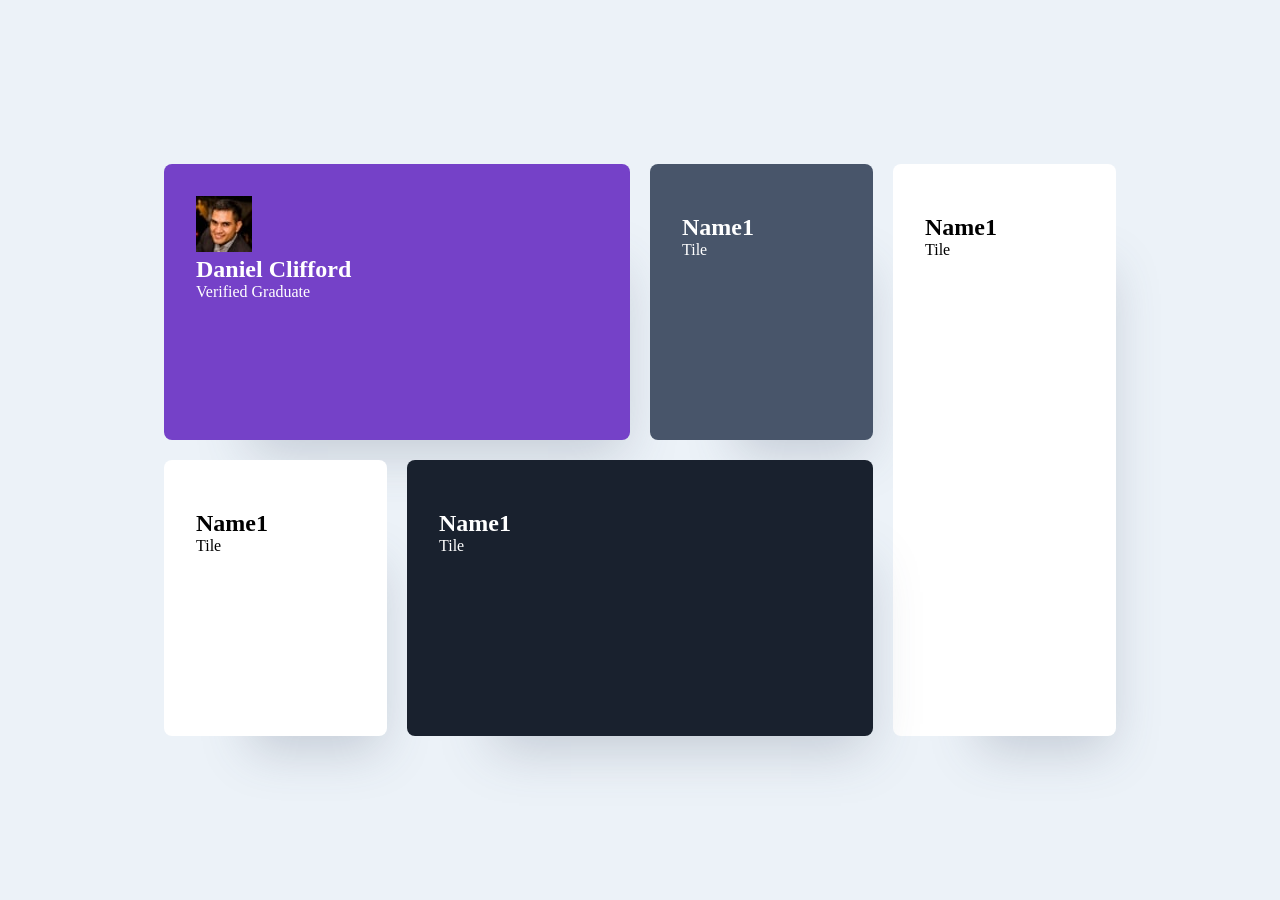
Repository: brandontaylor1/testimonial-card
Page: index.html
These files come from the project's save history. The page is drawn as it stood at one moment and after the next save; the edit follows.
The browser window is 1280 px wide. The pictures show the whole page.

Above is the page before, as saved 2025-01-10 23:30:34.

After the next save:
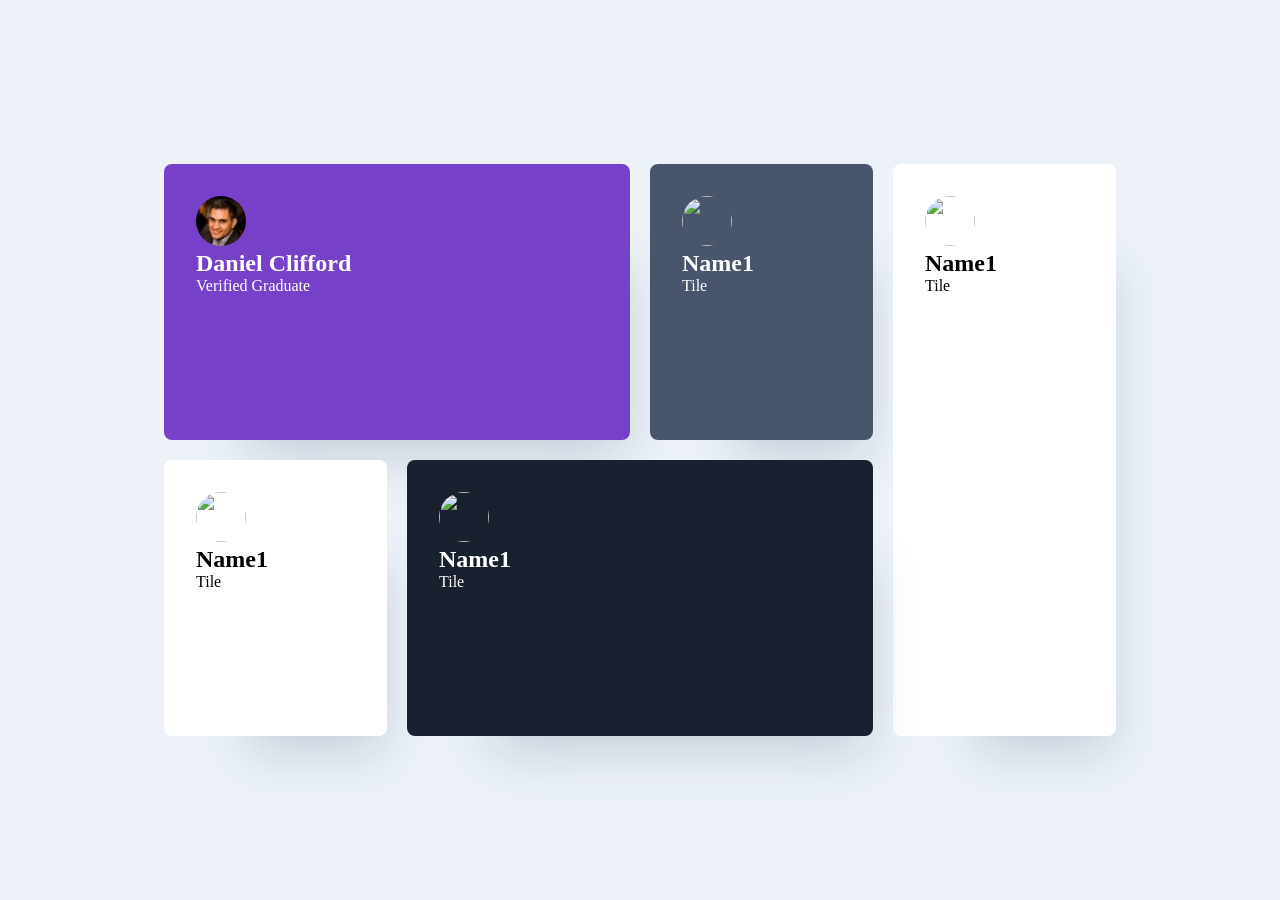
Saved 22 s later.
--- a/styles.css
+++ b/styles.css
@@ -35,6 +35,12 @@ body {
     box-shadow: 40px 60px 50px -47px rgba(72, 85, 106, 0.25);
 }
 
+.profile-img {
+    width: 50px;
+    height: 50px;
+    border-radius: 50%;
+}
+
 
 #card-1 {
     grid-column: 1 / span 2;
